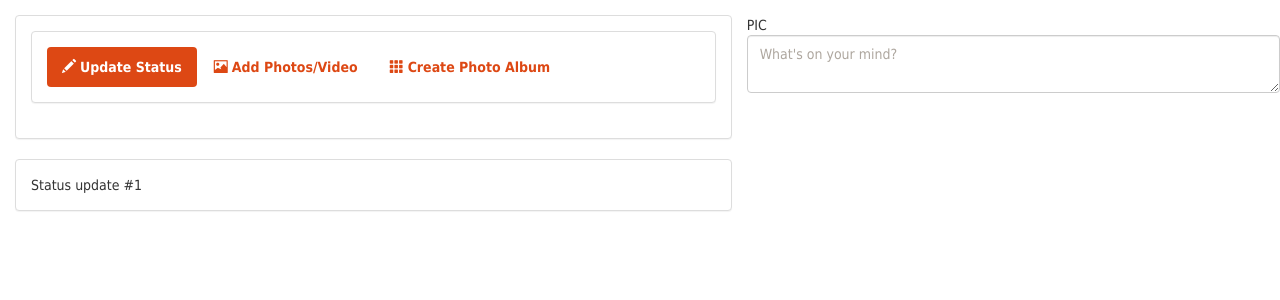
Repository: harshagithub19/news_feed
Page: fbapp3/src/main/webapp/statuscheck.html
An editor plug-in stored every save of this project. The page is shown before and after the next save, followed by the edit.
The browser window is 1280 px wide. The pictures show the whole page.
Some web fonts or font styles are not loaded; a fallback is used. Some web libraries are served in a nearby version.

Above is the page before, as saved 2017-03-02 04:06:04.

### fbapp3/src/main/webapp/statuscheck.html
<!DOCTYPE html>
<html>
<head>
<meta charset="UTF-8">
<meta http-equiv="Content-Type" content="text/html; charset=ISO-8859-1">


<script src="https://ajax.googleapis.com/ajax/libs/jquery/3.1.1/jquery.min.js"></script>
<script src="https://ajax.googleapis.com/ajax/libs/jquery/3.1.1/jquery.ui.min.js"></script>
<script src="https://maxcdn.bootstrapcdn.com/bootstrap/3.3.7/js/bootstrap.min.js"></script>
<script type="text/javascript" src="http://cdn.jsdelivr.net/jquery.cookie/1.3.1/jquery.cookie.js"></script>
<link href="bootstrap/css/bootstrap.css" rel="stylesheet" />
<link href="assets/css/bootstrap-united.css" rel="stylesheet" />



<style type="text/css">
</style>
<title>Insert title here</title>
</head>
<body>


<!-- Main feed: A cell that spans 7 columns -->
<div class="col-md-7">
  <!-- Status update entry -->
  <div class="panel panel-default">
    <div class="panel-body">
     <!-- Status update entry -->


         <div class="panel panel-default">
				  <div class="panel-body">
				    <ul class="nav nav-pills">
				      <li role="presentation" class="active">
				        <a href="#"><span class="glyphicon glyphicon-pencil"></span> <strong>Update Status</strong></a>
				      </li>
				      <li role="presentation">
				        <a href="#"><span class="glyphicon glyphicon-picture"></span> <strong>Add Photos/Video</strong></a>
				      </li>
				      <li role="presentation">
				        <a href="#"><span class="glyphicon glyphicon-th"></span> <strong>Create Photo Album</strong></a>
				      </li>
				    </ul>
				  </div>
        </div>



    </div>
  </div>
  <!-- Status update #1 -->
  <div class="panel panel-default">
    <div class="panel-body">
      Status update #1
    </div>
  </div>
</div>



<div class="media">
  <div class="media-left media-top">
    PIC
  </div>
  <div class="media-body">
    <div class="form-group">
      <!-- rows="2" means "display the textarea as 2 rows high". The user can
           enter more than 2 rows of text. -->
      <textarea class="form-control" rows="2" placeholder="What's on your mind?"></textarea>
    </div>
  </div>
</div>






</body>
</html>

Loaded but not shown: fbapp3/src/main/webapp/bootstrap/css/bootstrap.css (library); fbapp3/src/main/webapp/assets/css/bootstrap-united.css (library)

After the next save:
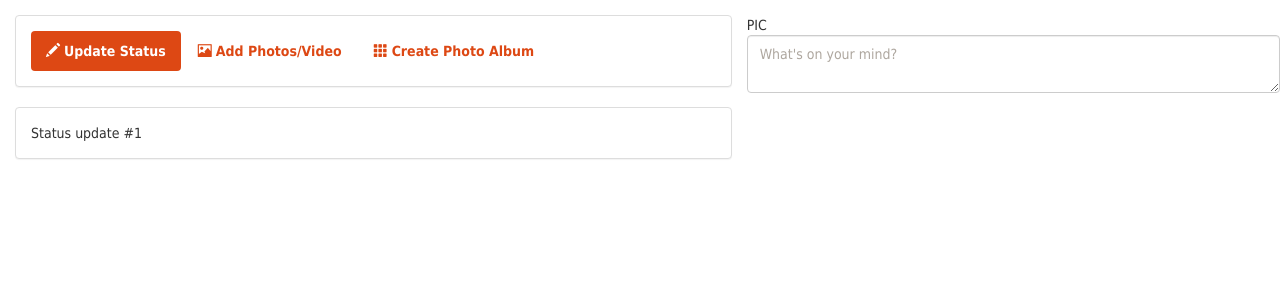
Saved 104 s later.
--- a/fbapp3/src/main/webapp/statuscheck.html
+++ b/fbapp3/src/main/webapp/statuscheck.html
@@ -29,21 +29,17 @@
      <!-- Status update entry -->
 
 
-         <div class="panel panel-default">
-				  <div class="panel-body">
-				    <ul class="nav nav-pills">
-				      <li role="presentation" class="active">
-				        <a href="#"><span class="glyphicon glyphicon-pencil"></span> <strong>Update Status</strong></a>
-				      </li>
-				      <li role="presentation">
-				        <a href="#"><span class="glyphicon glyphicon-picture"></span> <strong>Add Photos/Video</strong></a>
-				      </li>
-				      <li role="presentation">
-				        <a href="#"><span class="glyphicon glyphicon-th"></span> <strong>Create Photo Album</strong></a>
-				      </li>
-				    </ul>
-				  </div>
-        </div>
+     <ul class="nav nav-pills">
+      <li role="presentation" class="active">
+        <a href="#"><span class="glyphicon glyphicon-pencil"></span> <strong>Update Status</strong></a>
+      </li>
+      <li role="presentation">
+        <a href="#"><span class="glyphicon glyphicon-picture"></span> <strong>Add Photos/Video</strong></a>
+      </li>
+      <li role="presentation">
+        <a href="#"><span class="glyphicon glyphicon-th"></span> <strong>Create Photo Album</strong></a>
+      </li>
+    </ul>
 
 
 
